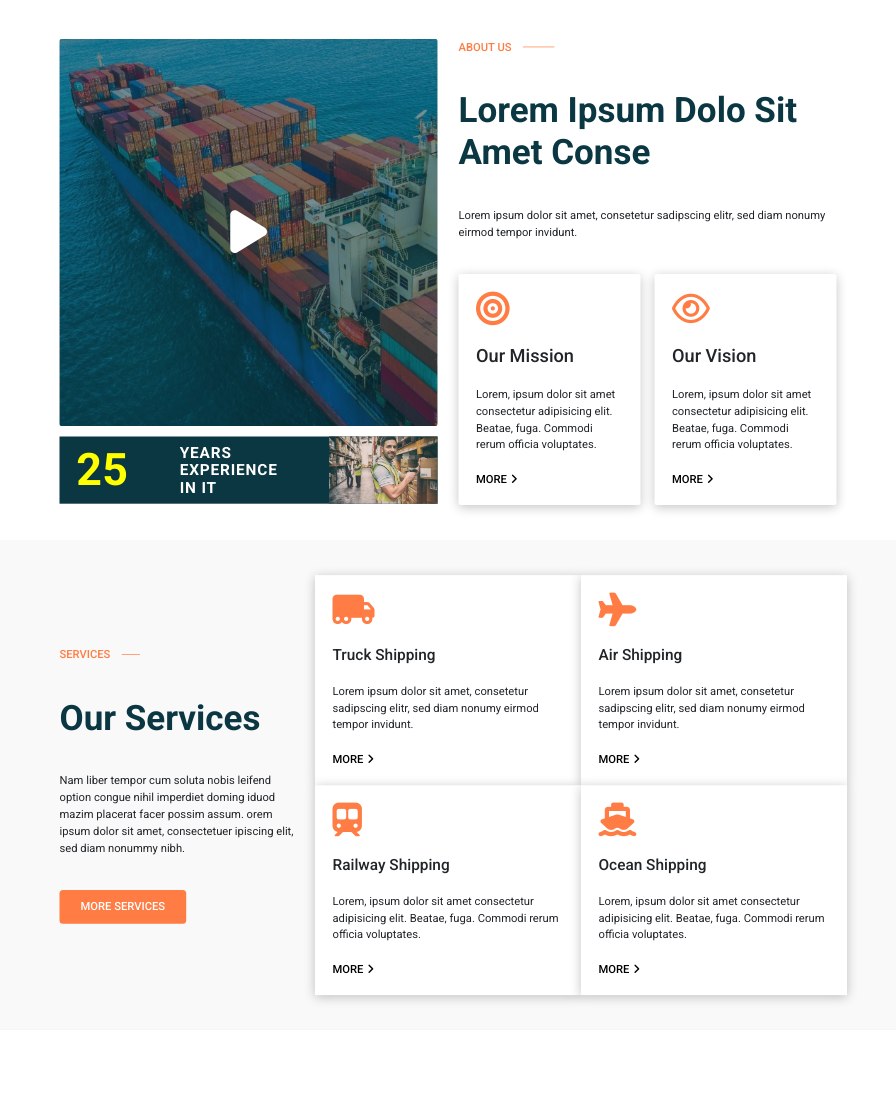
Repository: nazmulalok/shipping-theme
Page: index.html
The author's editor kept a copy of each file at every save. The page is drawn from the files as they stood at one save, then again after the next save.
The browser window is 1280 px wide. The pictures show the part of the page from y = 981 to 2901 px (the page is 2554 px tall before and 2901 px after), at 70% of full size.
Some web libraries are served in a nearby version.

Above is the page before, as saved 2022-10-08 23:08:41.

### index.html
<!DOCTYPE html>
<html lang="en">

    <head>
        <meta charset="UTF-8">
        <meta http-equiv="X-UA-Compatible" content="IE=edge">
        <meta name="viewport" content="width=device-width, initial-scale=1.0">
        <link rel="preconnect" href="https://fonts.googleapis.com">
        <link rel="preconnect" href="https://fonts.gstatic.com" crossorigin>
        <link
            href="https://fonts.googleapis.com/css2?family=Roboto:ital,wght@0,300;0,400;0,500;0,700;0,900;1,300;1,400;1,500;1,700;1,900&display=swap"
            rel="stylesheet">
        <link rel="stylesheet" href="https://cdnjs.cloudflare.com/ajax/libs/font-awesome/6.2.0/css/all.min.css"
            integrity="sha512-xh6O/CkQoPOWDdYTDqeRdPCVd1SpvCA9XXcUnZS2FmJNp1coAFzvtCN9BmamE+4aHK8yyUHUSCcJHgXloTyT2A=="
            crossorigin="anonymous" referrerpolicy="no-referrer" />
        <link rel="stylesheet" href="https://cdn.jsdelivr.net/npm/bootstrap@4.0.0/dist/css/bootstrap.min.css"
            integrity="sha384-Gn5384xqQ1aoWXA+058RXPxPg6fy4IWvTNh0E263XmFcJlSAwiGgFAW/dAiS6JXm" crossorigin="anonymous">
        <link rel="stylesheet" href="style.css">
        <title>Document</title>
    </head>

    <body>
        <header class="header-top">
            <div class="container">
                <div class="top-bar">
                    <p class="m-0">Dolor sit amet, consetetur sadipscing elitr sed diam</p>
                    <div>
                        <span class="mr-4">Shipment Tracker</span>
                        <span>Login</span>
                    </div>
                </div>
                <div class="header-area">
                    <div class="logo">
                        <img src="images/box.svg" alt="Logo Box" class="me-2">
                        <img src="images/shipping-logo.svg" alt="Shipping Logo">
                    </div>
                    <nav>
                        <ul>
                            <li><a href="#">Home</a></li>
                            <li><a href="#">About Us</a></li>
                            <li><a href="#">Service</a></li>
                            <li><a href="#">Project</a></li>
                            <li><a href="#">Blog</a></li>
                            <li><a href="#">News & Events</a></li>
                            <li><a href="#">Contact Us</a></li>
                        </ul>
                    </nav>
                    <div class="nav-btn">
                        <a class="common-btn mr-3" href="#">Get A Quote</a>
                        <i class="fa-solid fa-ellipsis-vertical"></i>
                    </div>
                </div>
            </div>
        </header>
        <!-- Slider -->
        <section>
            <div class="main-slider">
                <div class="container">
                    <div class="slide-content">
                        <div class="slide-text">
                            <div class="slider-title mb-4">Lorem ips<br>
                                dolor sit ametcon<br>
                                sadips cing</div>
                            <p>Nam liber tempor cum soluta nobis eleifend option</p>
                            <div class="sliderBtn mt-5"><a class="common-btn mr-4" href="#">Get Started Now</a><a
                                    class="common-btn outline-btn" href="#">Learn More</a></div>
                        </div>
                    </div>
                </div>
            </div>
        </section>
        <!-- Slider Ends -->
        <div class="common-sec">
            <div class="container">
                <div class="row align-items-center mb-5">
                    <div class="col-lg-6">
                        <h1 class="border-heading">Duis Autem Vel Eumri
                            Ure Dolor In Hend</h1>
                    </div>
                    <div class="col-lg-6">
                        <p class="ms-4">Nam liber tempor cum soluta nobis eleifend option congue nihil imperdiet doming
                            id quod mazim
                            placerat facer possim assum. Lorem ipsum dolor sit amet, consectetuer adipiscing.</p>
                    </div>
                </div>
                <div class="row mt-5">
                    <div class="col-lg-6">
                        <div class="video-box img-box img-shadow">
                            <img src="images/ship-products.jpg" alt="Ship Products" />
                            <a data-fancybox="" href="" class="video-btn">
                                <i class="fa fa-play"></i>
                            </a>
                        </div>
                        <div class="exp-section">
                            <div class="exp-title ml-4">
                                25
                            </div>
                            <div class="exp-paragraph">
                                Years <br>Experience <br>In It
                            </div>
                            <img src="images/exp-bg.png" alt="Experience">
                        </div>
                    </div>
                    <div class="col-lg-6">
                        <span class="sp-title">About Us</span>
                        <h2 class="mb-5">Lorem Ipsum Dolo
                            Sit Amet Conse</h2>
                        <p class="mb-5">Lorem ipsum dolor sit amet, consetetur sadipscing elitr, sed diam nonumy eirmod
                            tempor
                            invidunt.</p>
                        <div class="boxes">
                            <div class="common-box">
                                <div class="content">
                                    <i class="fa-solid fa-bullseye mb-4"></i>
                                    <div class="box-title mb-4">
                                        Our Mission
                                    </div>
                                    <p class="mb-4">Lorem, ipsum dolor sit amet consectetur adipisicing elit. Beatae,
                                        fuga. Commodi
                                        rerum
                                        officia voluptates.</p>
                                    <a href="#" class="more-btn">More</a>
                                </div>
                            </div>
                            <div class="common-box">
                                <div class="content">
                                    <i class="fa-regular fa-eye mb-4"></i>
                                    <div class="box-title mb-4">
                                        Our Vision
                                    </div>
                                    <p class="mb-4">Lorem, ipsum dolor sit amet consectetur adipisicing elit. Beatae,
                                        fuga. Commodi
                                        rerum
                                        officia voluptates.</p>
                                    <a href="#" class="more-btn">More</a>
                                </div>
                            </div>
                        </div>
                    </div>
                </div>
            </div>
        </div>
        <div class="common-sec service-sec">
            <div class="container">
                <div class="row align-items-center">
                    <div class="col-lg-4">
                        <span class="sp-title">Services</span>
                        <h2 class="mb-5">Our Services</h2>
                        <p class="mb-5">Nam liber tempor cum soluta nobis leifend option congue nihil imperdiet doming
                            iduod mazim placerat facer possim assum. orem ipsum dolor sit amet, consectetuer ipiscing
                            elit, sed diam nonummy nibh.</p>
                        <a href="#" class="common-btn">More Services</a>
                    </div>
                    <div class="col-lg-8">
                        <div class="row">
                            <div class="col-lg-6 p-0">
                                <div class="common-box">
                                    <div class="content">
                                        <i class="fa-solid fa-truck-moving mb-4"></i>
                                        <div class="box-title mb-4">
                                            Truck Shipping
                                        </div>
                                        <p class="mb-4">Lorem ipsum dolor sit amet, consetetur sadipscing elitr, sed
                                            diam nonumy eirmod tempor invidunt.</p>
                                        <a href="#" class="more-btn">More</a>
                                    </div>
                                </div>
                            </div>
                            <div class="col-lg-6 p-0">
                                <div class="common-box">
                                    <div class="content">
                                        <i class="fa-solid fa-plane mb-4"></i>
                                        <div class="box-title mb-4">
                                            Air Shipping
                                        </div>
                                        <p class="mb-4">Lorem ipsum dolor sit amet, consetetur sadipscing elitr, sed
                                            diam nonumy eirmod tempor invidunt.</p>
                                        <a href="#" class="more-btn">More</a>
                                    </div>
                                </div>
                            </div>
                            <div class="col-lg-6 p-0">
                                <div class="common-box">
                                    <div class="content">
                                        <i class="fa-solid fa-train-subway mb-4"></i>
                                        <div class="box-title mb-4">
                                            Railway Shipping
                                        </div>
                                        <p class="mb-4">Lorem, ipsum dolor sit amet consectetur adipisicing elit.
                                            Beatae,
                                            fuga. Commodi
                                            rerum
                                            officia voluptates.</p>
                                        <a href="#" class="more-btn">More</a>
                                    </div>
                                </div>
                            </div>
                            <div class="col-lg-6 p-0">
                                <div class="common-box">
                                    <div class="content">
                                        <i class="fa-solid fa-ship mb-4"></i>
                                        <div class="box-title mb-4">
                                            Ocean Shipping
                                        </div>
                                        <p class="mb-4">Lorem, ipsum dolor sit amet consectetur adipisicing elit.
                                            Beatae,
                                            fuga. Commodi
                                            rerum
                                            officia voluptates.</p>
                                        <a href="#" class="more-btn">More</a>
                                    </div>
                                </div>
                            </div>
                        </div>
                    </div>
                </div>
            </div>
        </div>
        <div class="common-sec why-choose-sec">
            <div class="container">
                <div class="row align-items-center">
                    <div class="col-lg-6">

                    </div>
                    <div class="col-lg-6"></div>
                </div>
            </div>
        </div>














        <script src="https://code.jquery.com/jquery-3.2.1.slim.min.js"
            integrity="sha384-KJ3o2DKtIkvYIK3UENzmM7KCkRr/rE9/Qpg6aAZGJwFDMVNA/GpGFF93hXpG5KkN"
            crossorigin="anonymous"></script>
        <script src="https://cdn.jsdelivr.net/npm/popper.js@1.12.9/dist/umd/popper.min.js"
            integrity="sha384-ApNbgh9B+Y1QKtv3Rn7W3mgPxhU9K/ScQsAP7hUibX39j7fakFPskvXusvfa0b4Q"
            crossorigin="anonymous"></script>
        <script src="https://cdn.jsdelivr.net/npm/bootstrap@4.0.0/dist/js/bootstrap.min.js"
            integrity="sha384-JZR6Spejh4U02d8jOt6vLEHfe/JQGiRRSQQxSfFWpi1MquVdAyjUar5+76PVCmYl"
            crossorigin="anonymous"></script>
    </body>

</html>

### style.css
/* Common CSS Starts*/
*,
*::before,
*::after {
    box-sizing: border-box;
    margin: 0;
    padding: 0;
}

html {
    scroll-behavior: smooth;
}

:root {
    --main-color: #FF7D44;
    --secondary-color: #0B3742;
    --tertiary-color: #FFFFFF;
}

body {
    font-family: 'Roboto', sans-serif;
}

a.white-space {
    white-space: nowrap;
}

/* Common CSS Ends */

/* slider style starts */

.main-slider>* {
    z-index: 10;
}

.main-slider {
    background: url(images/shipping-banner.jpg);
    height: 700px;
    width: 100%;
    background-size: cover;
    background-repeat: no-repeat;
    background-position: center;
    position: relative;
    display: flex;
    align-items: center;
    transition: all 1s;
    margin-top: -155px;
    z-index: 50;
}

.main-slider:before {
    content: '';
    width: 100%;
    height: 100%;
    top: 0;
    left: 0;
    position: absolute;
    background-color: rgb(11 55 66 / 55%);
    z-index: 1;
}

.slide-content {
    text-align: center;
}

.slide-text {
    color: var(--tertiary-color);
    padding-top: 100px;
}

.slider-title {
    font-size: 4rem;
    font-weight: 600;
    line-height: 4.5rem;
    text-transform: uppercase;
}

.slide-text p {
    font-size: 20px;
}

a.common-btn {
    display: inline-block;
    text-decoration: none;
    color: var(--tertiary-color);
    background: var(--main-color);
    padding: 12px 30px;
    border-radius: 5px;
    font-size: 16px;
    font-weight: 500;
    text-transform: uppercase;
    transition: all 1s ease;
}

a.common-btn:hover {
    background: var(--tertiary-color);
    color: var(--secondary-color);
}

a.common-btn.outline-btn {
    background: transparent !important;
    border: 1px solid var(--tertiary-color);
}

a.common-btn.outline-btn:hover {
    background: var(--tertiary-color) !important;
}

/* Header style starts */

.header-top {
    z-index: 100;
    background: transparent;
    position: relative;
}

.top-bar,
.header-area {
    display: flex;
    justify-content: space-between;
    align-items: center;
    color: var(--tertiary-color);
}

.top-bar {
    padding: 20px 0px;
}

.header-area {
    background: var(--tertiary-color);
    padding: 15px 20px;
    border-radius: 3px;
}

nav ul {
    list-style-type: none;
    color: var(--secondary-color);
    display: flex;
    gap: 1.7rem;
    margin: 0;
}

nav ul a {
    color: var(--secondary-color);
    text-decoration: none;
    font-size: 16px;
    font-weight: 500;
    transition: all 0.5s;
}

nav ul a:hover {
    color: var(--main-color);
    transition: all 0.5s;
}

.nav-btn {
    align-items: center;
    display: flex;
}

.nav-btn i {
    color: var(--tertiary-color);
    font-size: 21px;
    background: gray;
    padding: 13px 15px;
    border-radius: 5px;
}

/* Headings Styles */

h1 {
    font-size: 56px;
}

h2 {
    font-size: 50px;
}

h3 {
    font-size: 44px;
}

h4 {
    font-size: 38px;
}

h5 {
    font-size: 32px;
}

h6 {
    font-size: 26px;
}

h1,
h2,
h3,
h4,
h5,
h6 {
    font-weight: 700;
    margin-bottom: 10px;
    color: var(--secondary-color);
}

/* Section Styles */

.py-50,
.common-sec {
    padding-top: 50px;
    padding-bottom: 50px;
}

.common-sec {
    position: relative;
    z-index: 0;
    overflow: hidden;
}

.common-sec:nth-child(even):before {
    content: "";
    position: absolute;
    width: 1000%;
    height: 100%;
    top: 50%;
    left: 50%;
    transform: translate(-50%, -50%);
    background-color: #f9f9f9;
    border-bottom: 1px solid #f6f6f6;
    z-index: -1;
}

/* Image box style */

.img-box {
    border-radius: 3px;
    transition: 0.5s;
    margin-bottom: 15px;
    text-align: center;
    position: relative;
}

.img-box img {
    border-radius: 3px;
}

.img-box:last-child {
    margin-bottom: 0;
}

figure.img-box img+figcaption {
    margin-top: 10px;
    text-align: left;
    padding: 10px;
    border-radius: 3px;
    box-shadow: -5px 5px 20px 0 rgb(0 0 0 / 5%);
}

.img-box.img-shadow:before {
    content: '';
    width: 100%;
    height: 100%;
    position: absolute;
    top: 0;
    left: 0;
    background-color: rgb(11 55 66 / 55%);
    border-radius: 3px;
}

/* Video Box */

.video-box {
    position: relative;
}

.video-box img {
    border-radius: 3px;
    width: 100%;
}

.video-btn {
    position: absolute;
    text-align: center;
    color: var(--tertiary-color);
    font-size: 30px;
    border: none;
    left: 50%;
    top: 50%;
    -webkit-transform: translate(-50%, -50%);
    transform: translate(-50%, -50%);
    display: flex;
    justify-content: center;
    align-items: center;
    text-decoration: none !important;
    box-shadow: none;
    transition: 0.5s;
}

.video-btn .fa-play {
    color: var(--tertiary-color);
    position: relative;
    z-index: 99;
    -webkit-transition: color 0.5s;
    transition: 0.5s;
    text-decoration: none;
    line-height: 80px;
    font-size: 70px;
}

.video-btn:hover {
    color: inherit;
}

.video-btn:hover .fa-play {
    color: var(--main-color);
}

.video-btn:before,
.video-btn:after {
    display: none;
}

/* Common Box Styles */

.common-box {
    box-shadow: rgb(0 0 0 / 24%) 0px 3px 15px;
    height: 100%;
    background-color: #fff;
    border-radius: 3px;
    transition: all 0.5s ease;
}

.common-box>.img-box {
    margin-bottom: 0;
}

.common-box .common-heading:last-child,
.common-box p:last-child,
.common-box ul:last-child,
.common-box ul:last-child li:last-child,
.common-box .img-box:last-child {
    margin-bottom: 0;
}

.common-box>.content {
    padding: 25px;
}

/* Other CSS Starts */

.border-heading {
    border-right: 2px solid #E8E8E8;
}

.sp-title {
    display: flex;
    text-transform: uppercase;
    color: var(--main-color);
    font-weight: 500;
    align-items: center;
    margin-bottom: 3rem;
}

.sp-title:after {
    content: '';
    width: 20px;
    height: 1px;
    background: var(--main-color);
    flex: 0.1;
    margin-left: 1rem;
}

.boxes {
    display: grid;
    grid-template-columns: 1fr 1fr;
    grid-gap: 20px;
}

.common-box i {
    color: var(--main-color);
    font-size: 48px;
}

.common-box .box-title {
    font-size: 26px;
    font-weight: 500;
}

.common-box:hover {
    background-color: var(--main-color);
    color: var(--tertiary-color);
    transition: all 0.5s ease;
}

.common-box:hover i {
    color: var(--tertiary-color);
    transition: all 1s ease;
}

.exp-section {
    background: var(--secondary-color);
    display: flex;
    align-items: center;
    justify-content: space-between;
}

.exp-section .exp-title {
    color: #FFFF00;
    font-size: 64px;
    font-weight: 600;
    letter-spacing: 0.5px;
}

.exp-section .exp-paragraph {
    color: var(--tertiary-color);
    font-size: 22px;
    font-weight: 600;
    line-height: normal;
    text-transform: uppercase;
    letter-spacing: 1.2px;
}

.exp-section img {
    width: 155px;
}

a.more-btn {
    display: inline-block;
    color: #000;
    font-size: 16px;
    font-weight: 500;
    text-transform: uppercase;
    text-decoration: none;
}

a.more-btn:after {
    content: '\f105';
    font-family: 'FontAwesome';
    margin-left: 5px;

}

.common-box:hover a.more-btn {
    color: var(--tertiary-color);
}

/* Service Section */

.service-sec .common-box {
    border-radius: 0px;
}

.service-sec .common-box .box-title {
    font-size: 22px;
    font-weight: 500;
}

After the next save:
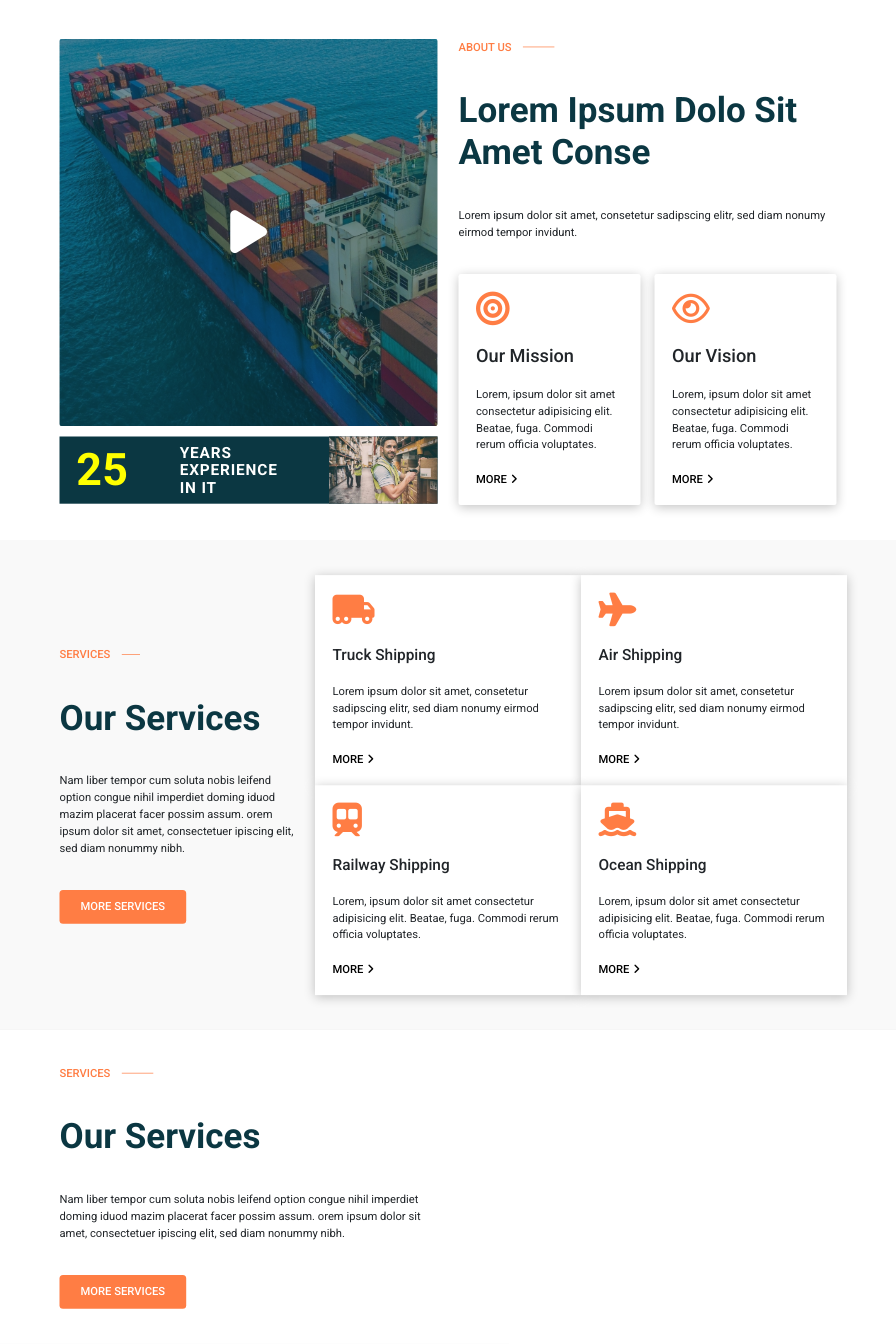
Saved 12 s later.
--- a/index.html
+++ b/index.html
@@ -220,7 +220,12 @@
             <div class="container">
                 <div class="row align-items-center">
                     <div class="col-lg-6">
-
+                        <span class="sp-title">Services</span>
+                        <h2 class="mb-5">Our Services</h2>
+                        <p class="mb-5">Nam liber tempor cum soluta nobis leifend option congue nihil imperdiet doming
+                            iduod mazim placerat facer possim assum. orem ipsum dolor sit amet, consectetuer ipiscing
+                            elit, sed diam nonummy nibh.</p>
+                        <a href="#" class="common-btn">More Services</a>
                     </div>
                     <div class="col-lg-6"></div>
                 </div>
